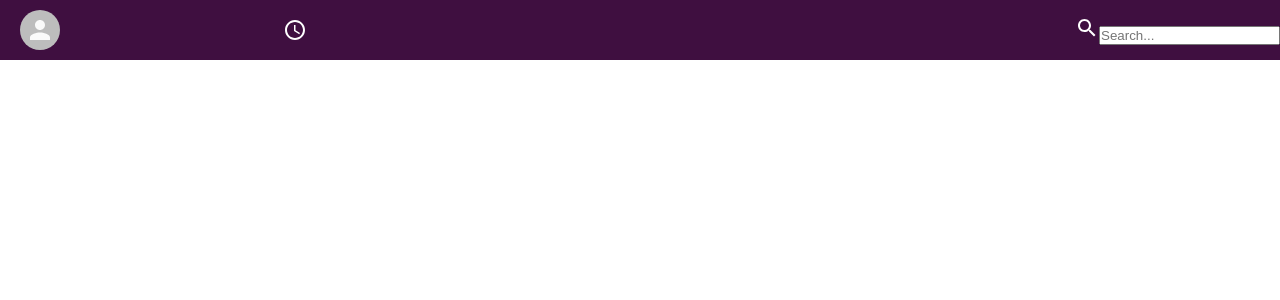
Repository: KrzysKolo/slackClone
Page: /
An editor plug-in stored every save of this project. The page is shown before and after the next save, followed by the edit.
The browser window is 1280 px wide. The pictures show the whole page.
The project was rebuilt for these pictures with package versions that can differ from the ones it lists, and the page was loaded fresh each time. Also part of the build but not shown: src/App.css.

Above is the page before, as saved 2021-12-22 17:27:26.

After the next save:
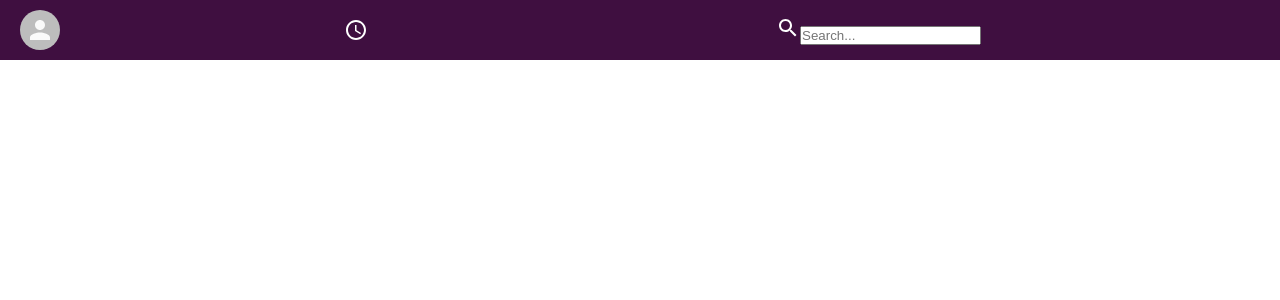
Saved 109 s later.
--- a/src/components/Header/style.js
+++ b/src/components/Header/style.js
@@ -30,4 +30,8 @@ export const HeaderAvatar = styled(Avatar)`
   }
 `;
 
-export const HeaderSearch = styled.div``;
+export const HeaderSearch = styled.div`
+  flex: 0.4;
+  opacity: 1;
+  border-radius: 6px;
+`;
